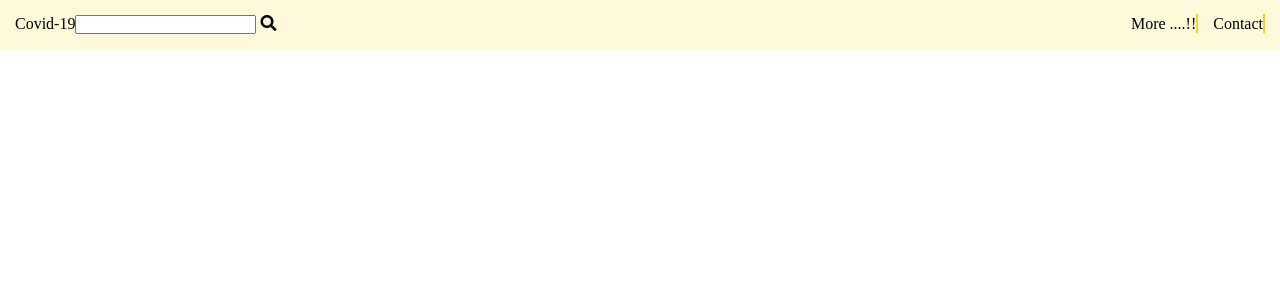
Repository: thuongton98/Covid
Page: html-css-js/index.html
An editor plug-in stored every save of this project. The page is shown before and after the next save, followed by the edit.
The browser window is 1280 px wide. The pictures show the whole page.

Above is the page before, as saved 2021-07-01 08:58:43.

### html-css-js/index.html
<!DOCTYPE html>
<html lang="en">
<head>
    <meta charset="UTF-8">
    <meta http-equiv="X-UA-Compatible" content="IE=edge">
    <meta name="viewport" content="width=device-width, initial-scale=1.0">
    <link rel="stylesheet" href="https://use.fontawesome.com/releases/v5.15.3/css/all.css" integrity="sha384-SZXxX4whJ79/gErwcOYf+zWLeJdY/qpuqC4cAa9rOGUstPomtqpuNWT9wdPEn2fk" crossorigin="anonymous">
    <link rel="stylesheet" href="./styles.css">
    <title>Covid-19</title>
</head>
<body>
    <nav>
        <div class="icon">
            <div>Covid-19</div>
            <div>
                <input type="text">
                <i class="fas fa-search"></i>
            </div>

        </div>
        <ul class="nav-i">
            <li>More ....!!</li>
            <li>Contact</li>
        </ul>
    </nav>
</body>
</html>

### html-css-js/styles.css

*{
    padding: 0;
    margin: 0;
    box-sizing: border-box;
}



nav{
    background-color: #fff9db;
    display: flex;
    justify-content: space-between;
    padding:15px
}


nav .icon{
    display: flex;
}

nav .nav-i{
    display: flex;
}

nav .nav-i li{
    list-style: none;
    padding-right: 15px;
}

nav .nav-i li:last-child{
    padding-right:0;
}

nav .nav-i li:after{
    content: '';
    border: 1px solid #facf32;
}

After the next save:
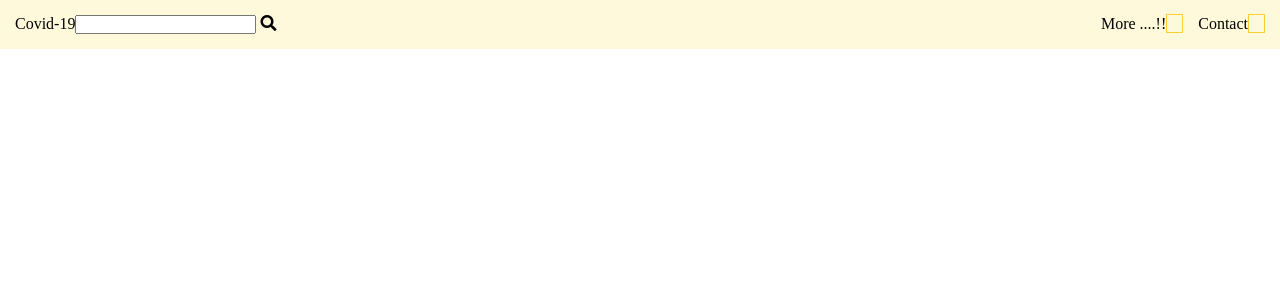
Saved 9 s later.
--- a/html-css-js/styles.css
+++ b/html-css-js/styles.css
@@ -35,4 +35,5 @@
 nav .nav-i li:after{
     content: '';
     border: 1px solid #facf32;
+    padding-left:15px;
 }
